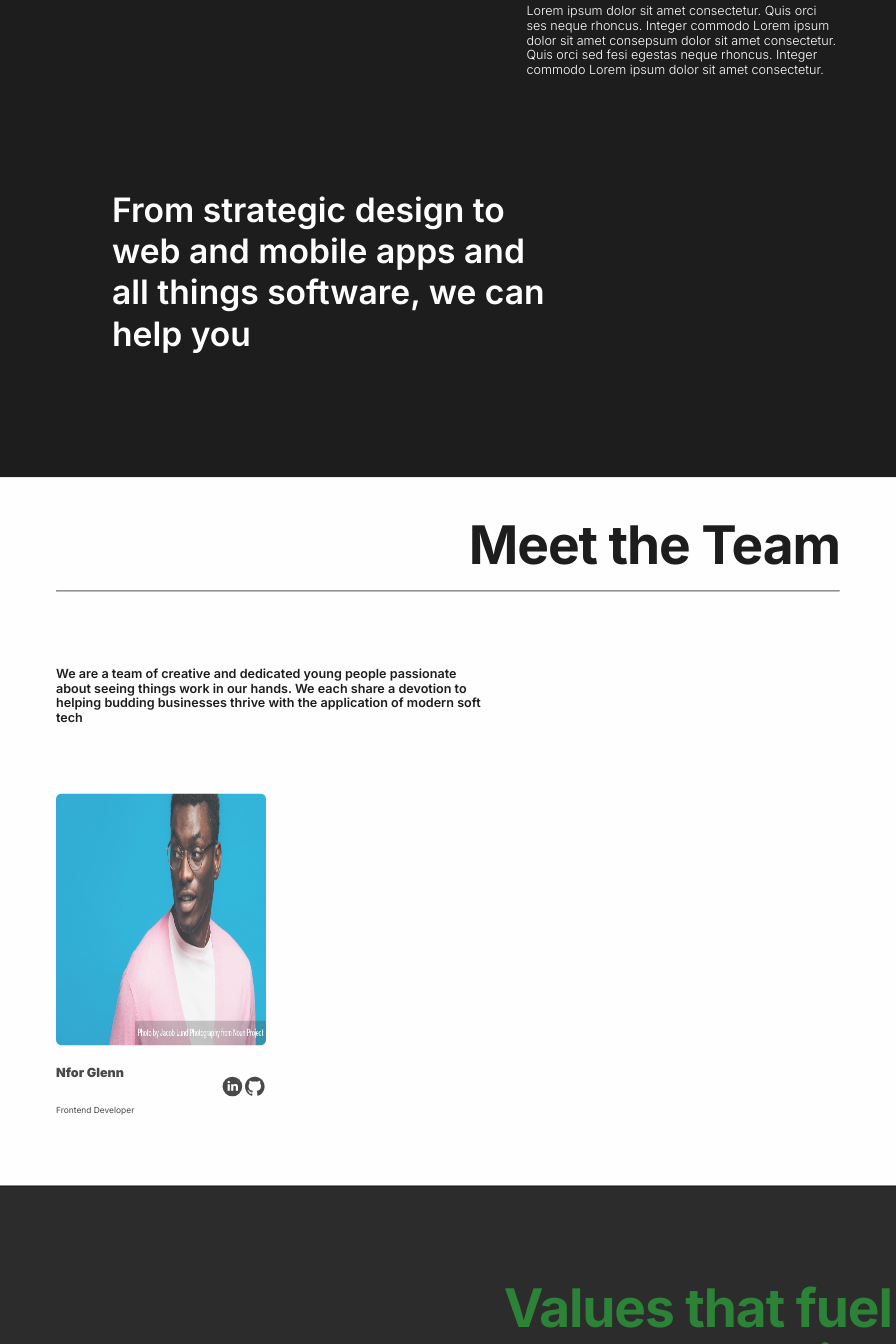
Repository: staruth0/staruth-website
Page: /about (app in frontend/)
The author's editor kept a copy of each file at every save. The page is drawn from the files as they stood at one save, then again after the next save.
The browser window is 1280 px wide. The pictures show the part of the page from y = 701 to 2621 px (the page is 4549 px tall before and 4431 px after), at 70% of full size.
The project was rebuilt for these pictures with package versions that can differ from the ones it lists, and the page was loaded fresh each time. Also part of the build but not shown: frontend/vite.config.js, frontend/src/commons/button.css, frontend/src/commons/Button.jsx, frontend/src/pages/home/components/hero_section/hero.jsx, frontend/src/pages/home/components/about_section/about.jsx, frontend/src/pages/home/components/what_we_do/HomeServiceCard.jsx, frontend/src/pages/home/components/what_we_do/what.jsx, frontend/src/pages/home/components/slidable_section/slidable.css and 25 more.

Above is the page before, as saved 2024-09-22 18:35:41.

After the next save:
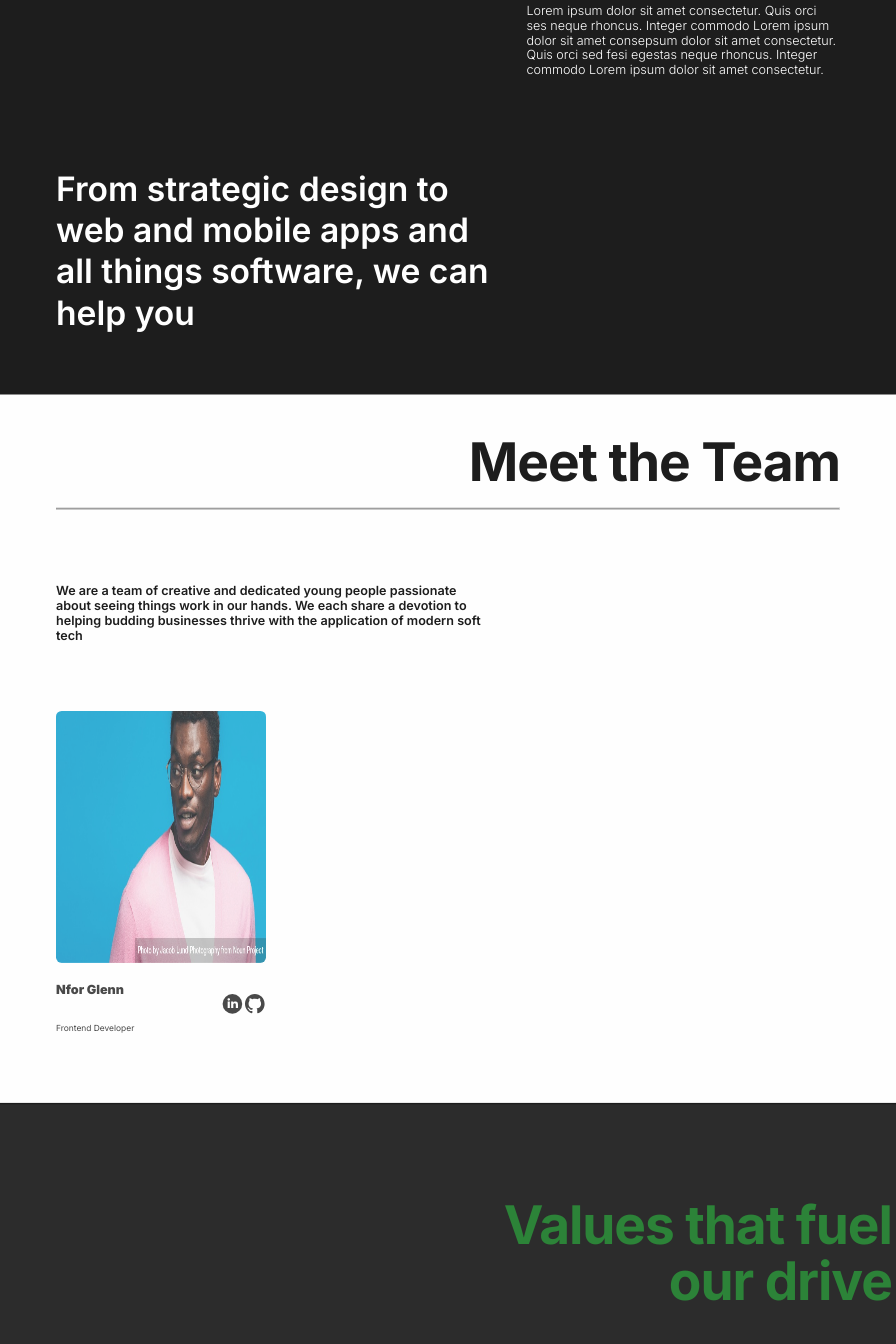
Saved 16 h 47 min later.
--- a/frontend/src/pages/about/components/hero_section/hero.css
+++ b/frontend/src/pages/about/components/hero_section/hero.css
@@ -65,7 +65,7 @@
 }
 .about-hero-section-contentThree {
   display: flex;
-  padding: 30px 80px var(--pg-pb, 88px) 80px;
+  /* padding: 30px 80px var(--pg-pb, 88px) 80px; */
   flex-direction: column;
   align-items: flex-start;
   gap: 112px;
